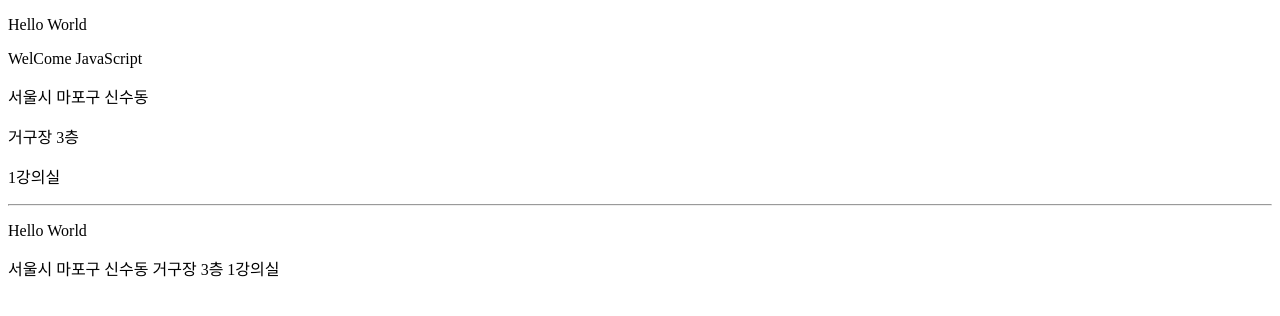
Repository: ady0099/webstudy
Page: 03_javascript/src/main/webapp/day03/ex08_DOM.html
The author's editor kept a copy of each file at every save. The page is drawn from the files as they stood at one save, then again after a run of saves.
The browser window is 1280 px wide. The pictures show the whole page.

Above is the page before, as saved 2023-06-29 05:59:39.
Console error: TypeError: document.getElementByTagName is not a function

After the next 2 saves:
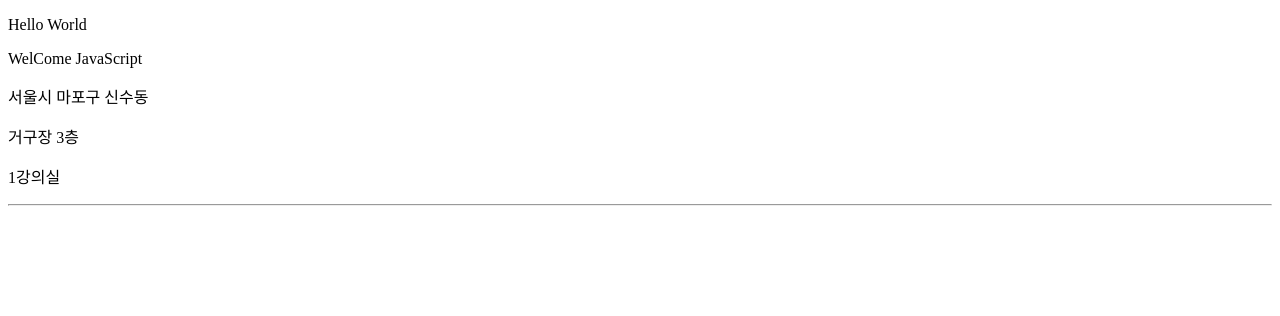
Console error: SyntaxError: Unexpected end of input
The 2 saves are shown as one change because they came seconds apart.
The last was saved 14 s later.
--- a/03_javascript/src/main/webapp/day03/ex08_DOM.html
+++ b/03_javascript/src/main/webapp/day03/ex08_DOM.html
@@ -41,7 +41,7 @@
 			document.getElementById("res2").innerHTML = str2[0].innerHTML +" "+str2[1].innerHTML+" "+str2[2].innerHTML;
 
 			var str3 = document.getElementByTagName("span");
-			document.getElementById("res3")
+			document.getElementById("res3").innerHTML =
 		</script>
 	</body>
 </html>

After the save that followed:
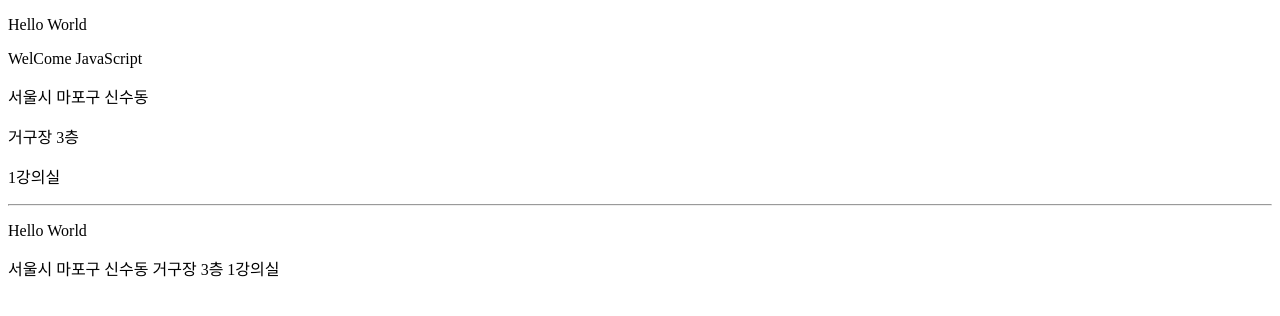
Console error: TypeError: document.getElementByTagName is not a function
Saved 11 s later.
--- a/03_javascript/src/main/webapp/day03/ex08_DOM.html
+++ b/03_javascript/src/main/webapp/day03/ex08_DOM.html
@@ -41,7 +41,7 @@
 			document.getElementById("res2").innerHTML = str2[0].innerHTML +" "+str2[1].innerHTML+" "+str2[2].innerHTML;
 
 			var str3 = document.getElementByTagName("span");
-			document.getElementById("res3").innerHTML =
+			document.getElementById("res3").innerHTML = str3[0].innerHTML;
 		</script>
 	</body>
 </html>
